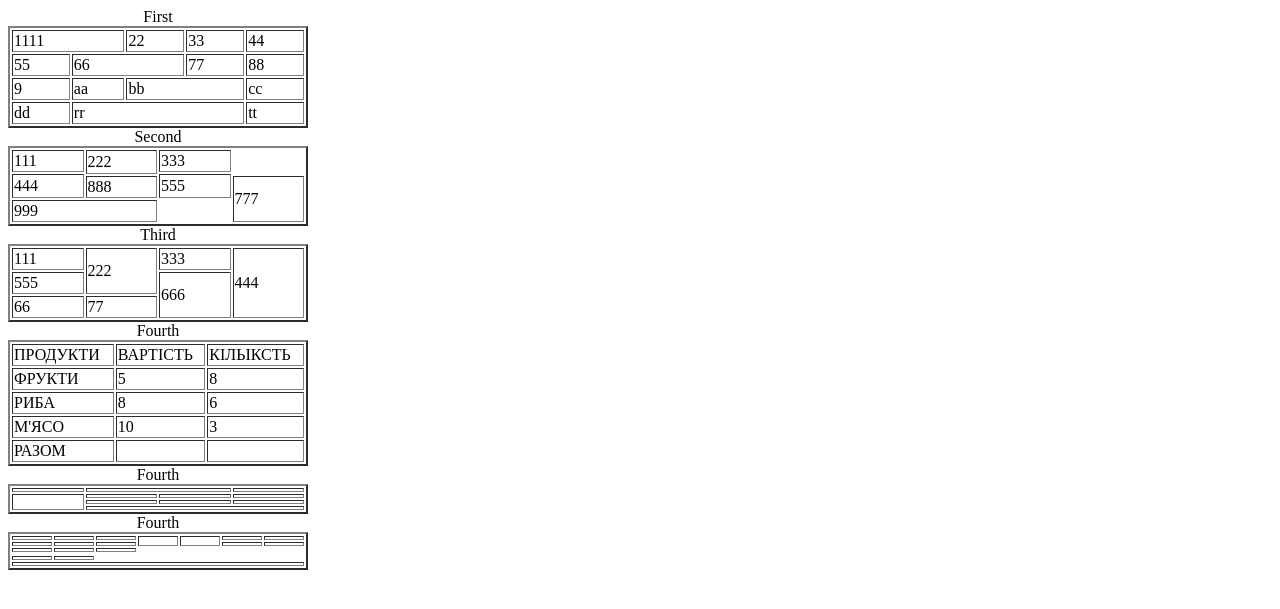
Repository: KseniaMakara/Web
Page: tables/index.html
These files come from the project's save history. The page is drawn as it stood at one moment and after the next save; the edit follows.
The browser window is 1280 px wide. The pictures show the whole page.

Above is the page before, as saved 2021-02-16 17:43:50.

After the next save:
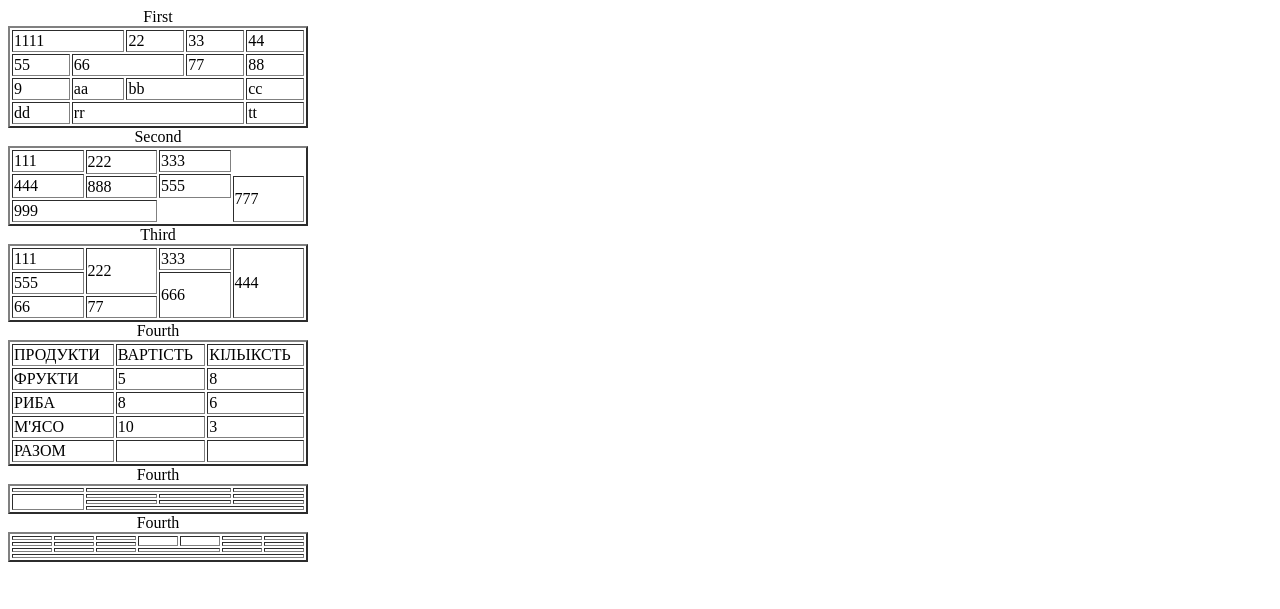
Saved 19 s later.
--- a/tables/index.html
+++ b/tables/index.html
@@ -153,7 +153,7 @@
                                 <td >  </td>
                                 <td >  </td>
                                 <td >  </td>
-                                <tr colspan="2"> </tr>
+                                <td colspan="2"> </td>
                                 <td >  </td>
                                 <td >  </td>
                             </tr>
